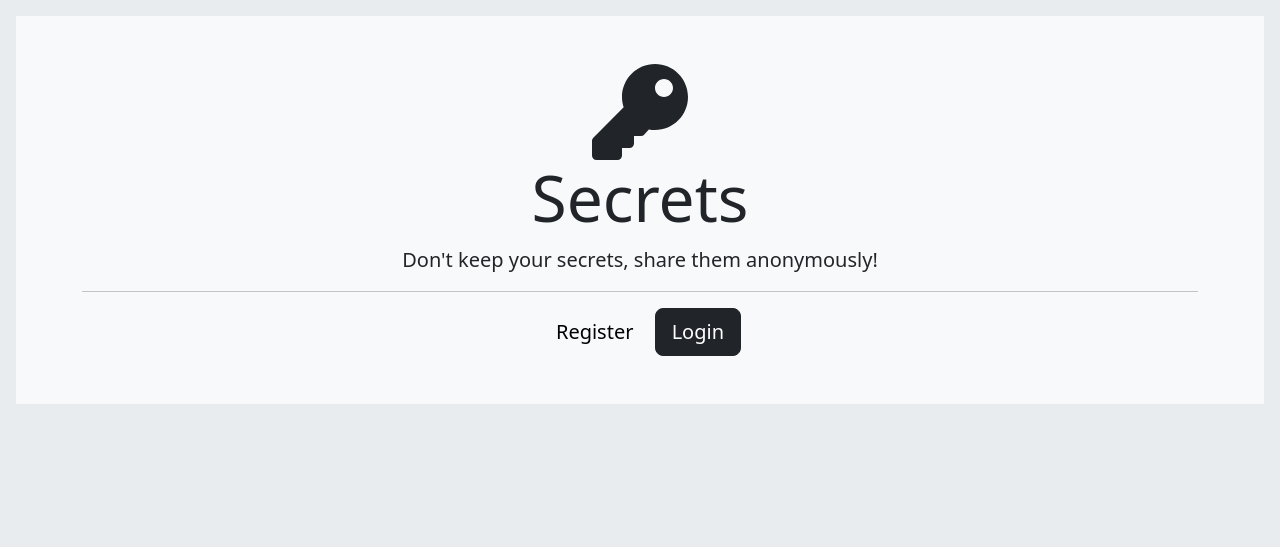
Repository: hritik1204/authentication
Page: http://localhost/
The author's editor kept a copy of each file at every save. The page is drawn from the files as they stood at one save, then again after the next save.
The browser window is 1280 px wide. The pictures show the whole page.
The page is served by the project's Node server (app.js).

Above is the page before, as saved 2022-07-07 17:02:45.

### views/home.ejs
<%- include('partials/header') %>


    <div class="bg-light p-5 rounded-lg m-3 centered">
        <div class="container">
            <i class="fas fa-key fa-6x"></i>
            <h1 class="display-3">Secrets</h1>
            <p class="lead">Don't keep your secrets, share them anonymously!</p>
            <hr>
            <a class="btn btn-light btn-lg" href="/register" role="button">Register</a>
            <a class="btn btn-dark btn-lg" href="/login" role="button">Login</a>

        </div>
    </div>

    <%- include('partials/footer') %>

### views/partials/header.ejs
<!DOCTYPE html>
<html lang="en" dir="ltr">

<head>
    <meta charset="utf-8">
    <title>Secrets</title>
    <script defer src="https://use.fontawesome.com/releases/v5.15.4/js/all.js" integrity="sha384-rOA1PnstxnOBLzCLMcre8ybwbTmemjzdNlILg8O7z1lUkLXozs4DHonlDtnE7fpc" crossorigin="anonymous"></script>
    <!-- CSS only -->
    <link href="https://cdn.jsdelivr.net/npm/bootstrap@5.2.0-beta1/dist/css/bootstrap.min.css" rel="stylesheet" integrity="sha384-0evHe/X+R7YkIZDRvuzKMRqM+OrBnVFBL6DOitfPri4tjfHxaWutUpFmBp4vmVor" crossorigin="anonymous">

    <link rel="stylesheet" href="css/styles.css">
</head>

<body>

### app.js
import express from "express";
import ejs from "ejs";

import { fileURLToPath } from 'url';
import { dirname } from 'path';
import { response } from "express";


main().catch(err => console.log(err));
async function main() {

    const app = express();
    app.use(express.urlencoded({ extended: true }));
    app.use(express.static("public"));
    app.set('view engine', 'ejs');

    const __filename = fileURLToPath(
        import.meta.url);

    const __dirname = dirname(__filename);

    app.get("/", (req, res) => res.render("home"));
    app.get("/login", (req, res) => res.render("login"));
    app.get("/register", (req, res) => res.render("register"));

















    app.listen(3000, () => console.log("Server started on port 3000"));
}

Loaded but not shown: views/partials/footer.ejs (common file); public/css/styles.css (common file)

After the next save:
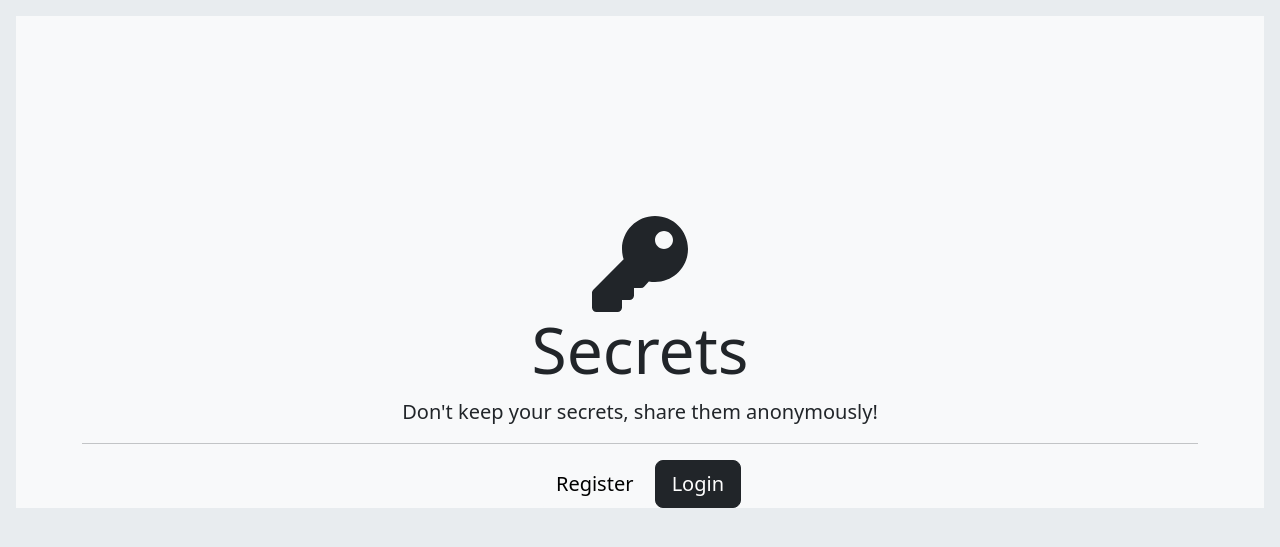
Saved 4 min 34 s later.
--- a/views/home.ejs
+++ b/views/home.ejs
@@ -1,7 +1,7 @@
 <%- include('partials/header') %>
 
 
-    <div class="bg-light p-5 rounded-lg m-3 centered">
+    <div class="bg-light  rounded-lg m-3 centered">
         <div class="container">
             <i class="fas fa-key fa-6x"></i>
             <h1 class="display-3">Secrets</h1>
